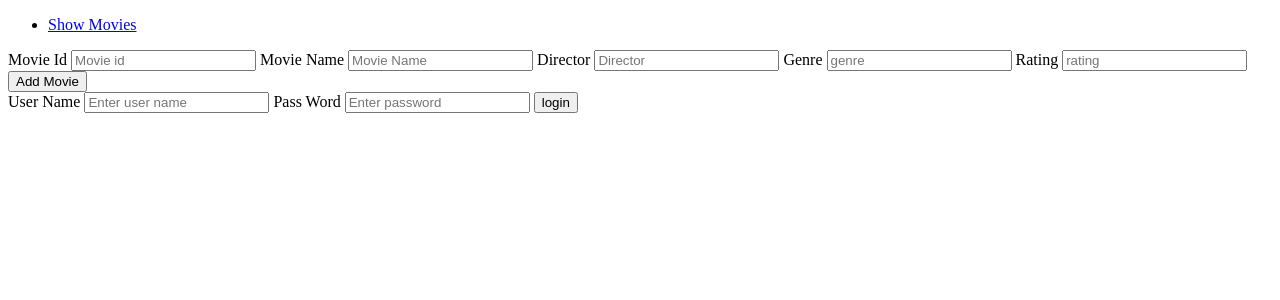
Repository: aishwarya-sankhla/JavaTraining
Page: WebApplication/WebContent/index.html
These files come from the project's save history. The page is drawn as it stood at one moment and after the next save; the edit follows.
The browser window is 1280 px wide. The pictures show the whole page.

Above is the page before, as saved 2018-10-03 07:01:05.

After the next save:
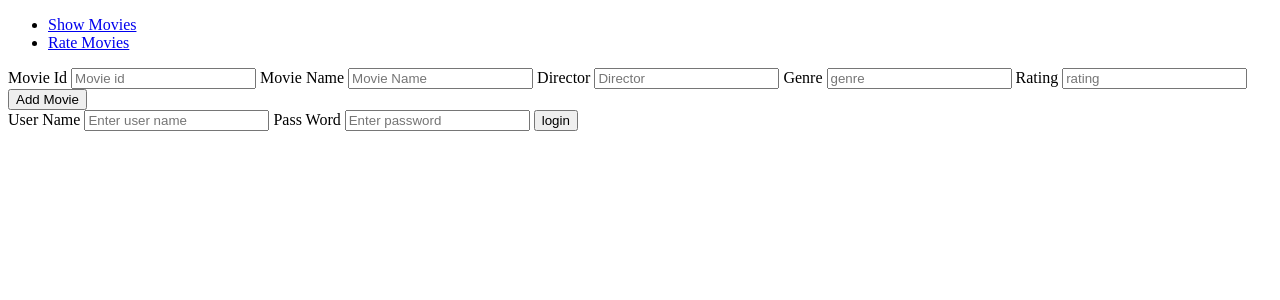
Saved 57 s later.
--- a/WebApplication/WebContent/index.html
+++ b/WebApplication/WebContent/index.html
@@ -7,6 +7,7 @@
 <body>
 <ul>
 <li><a href="MovieServlet">Show Movies</a></li>
+<li><a href="AddRating.jsp">Rate Movies</a></li>
 </ul>
 <form action="addmovie" method="post">
 	<label for="movieId">Movie Id</label>
